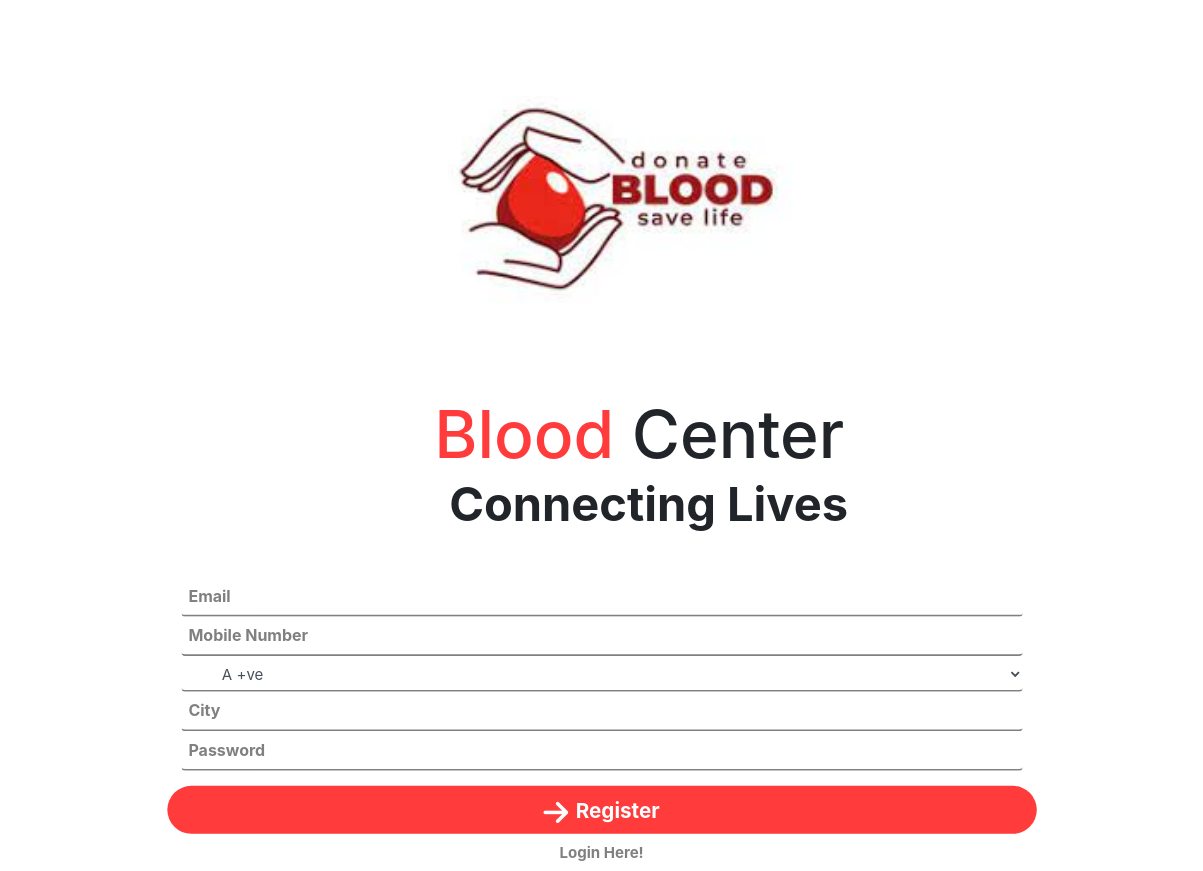
Repository: syedali042/jbds
Page: /Register
These files come from the project's save history. The page is drawn as it stood at one moment and after the next save; the edit follows.
The browser window is 1280 px wide. The pictures show the whole page, at 94% of full size.
Some web libraries are served in a nearby version. The project was rebuilt for these pictures with package versions that can differ from the ones it lists, and the page was loaded fresh each time. Also part of the build but not shown: src/components/Login.js, src/components/Header.js, src/components/About.js, src/components/Header2.js, src/components/Home.js, src/components/Header4.js, src/components/Request.js, src/components/Header3.js and 1 more.

Above is the page before, as saved 2021-11-09 20:54:57.

After the next save:
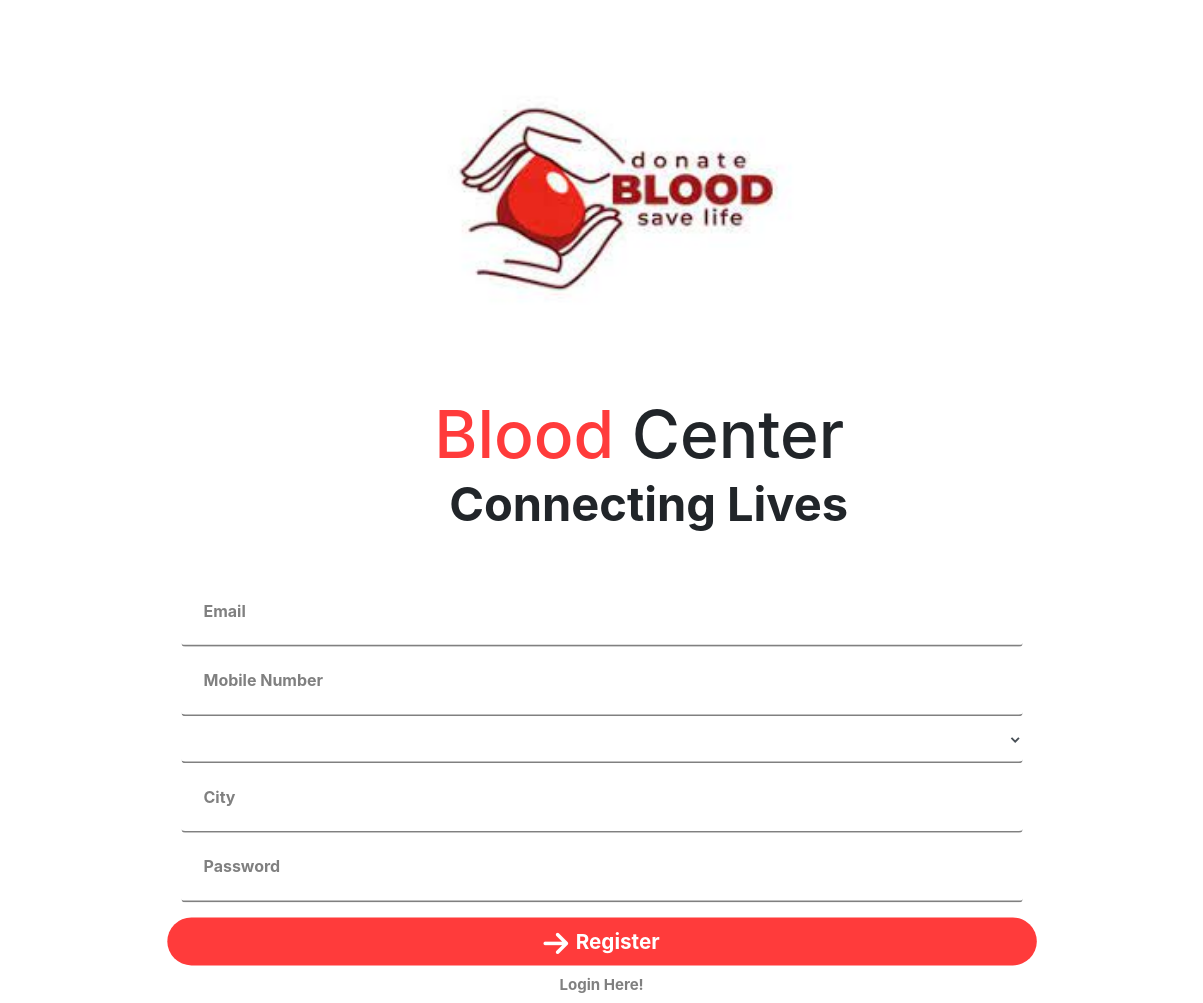
Saved 4 s later.
--- a/src/components/Register.js
+++ b/src/components/Register.js
@@ -54,7 +54,7 @@ function Register() {
                                         <form onSubmit={handleSubmit} className="formik">
                                             {/* <i className="fas fa-portrait"></i> */}
                                             <input
-                                                type="email" className="placehorder p-2 form-control em"
+                                                type="email" className="placehorder p-4 form-control em"
                                                 name="email"
                                                 onChange={handleChange}
                                                 onBlur={handleBlur}
@@ -66,7 +66,7 @@ function Register() {
                                             {errors.email && touched.email && errors.email}
                                             {/* <i className="fas fa-mobile-alt"></i> */}
                                             <input
-                                                type="number" className="placehorder p-2 form-control num"
+                                                type="number" className="placehorder p-4 form-control num"
                                                 name="number"
                                                 onChange={handleChange}
                                                 onBlur={handleBlur}
@@ -76,7 +76,7 @@ function Register() {
 
                                             {errors.number && touched.number && errors.number}
                                             {/* <i className="fas fa-disease"></i> */}
-                                            <select name="bloodGroup" className="placehorder p-2 form-control bloodGroup">
+                                            <select name="bloodGroup" className="placehorder p-4 form-control bloodGroup">
                                                 <option value="volvo">&nbsp;&nbsp;&nbsp;&nbsp;&nbsp;&nbsp;
                                                 A +ve</option>
                                                 <option value="saab"></option>
@@ -87,7 +87,7 @@ function Register() {
                                             {errors.bloodGroup && touched.bloodGroup && errors.bloodGroup}
                                             {/* <i className="fas fa-map-marker-alt"></i> */}
                                             <input
-                                                type="text" className="placehorder p-2 form-control city"
+                                                type="text" className="placehorder p-4 form-control city"
                                                 name="city"
                                                 onChange={handleChange}
                                                 onBlur={handleBlur}
@@ -98,7 +98,7 @@ function Register() {
                                             {errors.city && touched.city && errors.city}
                                             {/* <i className="fas fa-unlock-alt"></i> */}
                                             <input
-                                                type="password" className="placehorder p-2 form-control pass"
+                                                type="password" className="placehorder p-4 form-control pass"
                                                 name="password"
                                                 onChange={handleChange}
                                                 onBlur={handleBlur}
